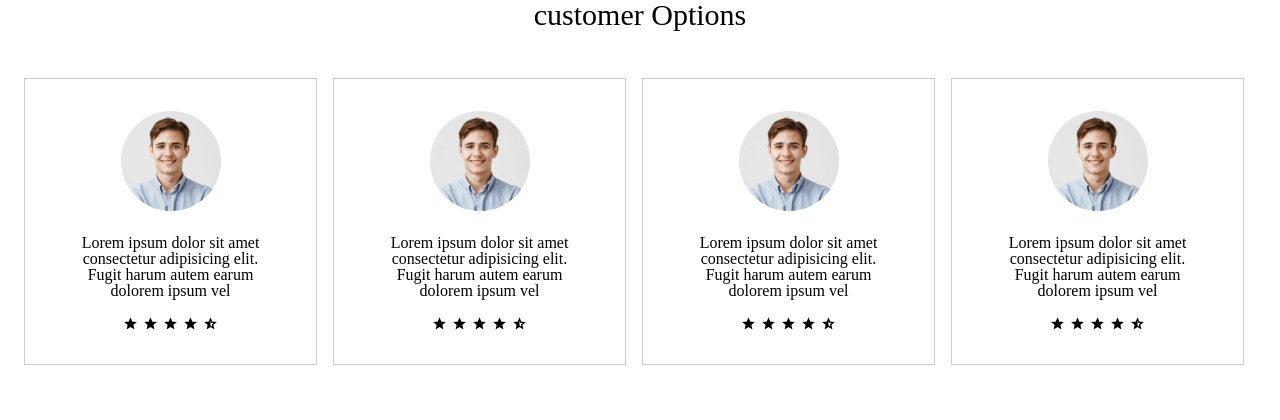
Repository: dinhhaidh/slider-3
Page: index.html
An editor plug-in stored every save of this project. The page is shown before and after a run of saves, followed by the edit.
The browser window is 1280 px wide. The pictures show the whole page.

Above is the page before, as saved 2024-03-22 20:58:04.

### index.html
<!DOCTYPE html>
<html lang="en">
<head>
    <meta charset="UTF-8">
    <meta name="viewport" content="width=device-width, initial-scale=1.0">
    <title>Document</title>
    <link rel="stylesheet" href="https://cdnjs.cloudflare.com/ajax/libs/remixicon/4.2.0/remixicon.min.css">

    <link rel="stylesheet" href="./css/swiper-bundle.min.css">

    <link rel="stylesheet" href="./css/style.css">

</head>
<body>
    <div class="customer">
        <h3 class="customer__title">customer Options</h3>
        <div class="customer__container container">
            <div class="customer__swiper swiper">
                <div class="swiper-wrapper">
                    <article class="customer__article swiper-slide">
                        <img src="./img1.png" alt="image" class="customer__img">

                        <p>
                            Lorem ipsum dolor sit amet consectetur adipisicing elit. Fugit harum autem earum dolorem ipsum vel
                        </p>

                        <div class="customer__star">
                            <i class="ri-star-s-fill"></i>
                            <i class="ri-star-s-fill"></i>
                            <i class="ri-star-s-fill"></i>
                            <i class="ri-star-s-fill"></i>
                            <i class="ri-star-half-s-line"></i>
                        </div>
                    </article>
                    <article class="customer__article swiper-slide">
                        <img src="./img1.png" alt="image" class="customer__img">

                        <p>
                            Lorem ipsum dolor sit amet consectetur adipisicing elit. Fugit harum autem earum dolorem ipsum vel
                        </p>

                        <div class="customer__star">
                            <i class="ri-star-s-fill"></i>
                            <i class="ri-star-s-fill"></i>
                            <i class="ri-star-s-fill"></i>
                            <i class="ri-star-s-fill"></i>
                            <i class="ri-star-half-s-line"></i>
                        </div>
                    </article>
                    <article class="customer__article swiper-slide">
                        <img src="./img1.png" alt="image" class="customer__img">

                        <p>
                            Lorem ipsum dolor sit amet consectetur adipisicing elit. Fugit harum autem earum dolorem ipsum vel
                        </p>

                        <div class="customer__star">
                            <i class="ri-star-s-fill"></i>
                            <i class="ri-star-s-fill"></i>
                            <i class="ri-star-s-fill"></i>
                            <i class="ri-star-s-fill"></i>
                            <i class="ri-star-half-s-line"></i>
                        </div>
                    </article>
                </div>
            </div>
            <!-- If we need pagination -->
            <div class="swiper-pagination"></div>
        </div>
    </div>


    <script src="./js/swiper-bundle.min.js"></script>
    <script src="./js/app.js"></script>
</body>
</html>

### css/style.css
*,
*:before,
*:after {
  box-sizing: border-box;
}
* {
  margin: 0;
  padding: 0;
  font: inherit;
}
img,
picture,
svg,
video {
  display: block;
  max-width: 100%;
}
input,
select,
textarea {
  background-color: transparent;
  outline: none;
}
button {
  cursor: pointer;
  background-color: transparent;
  outline: none;
  border: 0;
}
body {
  min-height: 100vh;
  font-weight: 400;
  font-size: 16px;
  line-height: 1;
}


.container{
    max-width: 1220px;
    Margin-inline: 1.5rem;
}


.customer__title{
    text-align: center;
    margin-bottom: 3rem;
    font-size: 30px;
}

.customer__article{
    display:flex;
    align-items: center;
    justify-content: center;
    flex-direction: column;
    padding: 2rem 3rem 2rem;
    background-color: #fff;
    border: 1px solid #ccc;
    /* width: 300px; */
}
.customer__img{
    width: 100px;
    border-radius: 50%;
    margin: 0 auto 1.5rem;
}
.customer__article p {
    margin-bottom: 1rem;
    text-align: center;
}
.customer__star{

}
.ri-star-s-fill{

}
.ri-star-half-s-line{

}

### js/app.js
// let swiperCustomer = new Swiper('.customer__swiper', {
//     loop: true,
//     spaceBetween: 16,
//     slidesPerView: 'auto',
//     centeredSlides: 'auto',

//     breakpoints: {
//         1150: {
//             slidesPerView: 3,
//             centeredSlides: false,
//         },
//     }
// });

let swiperCustomer = new Swiper('.customer__swiper', {
    loop: true,
    spaceBetween: 16,
    slidesPerView: 'auto',
    centeredSlides: 'auto',

    navigation: {
        nextEl: '.swiper-button-next',
        prevEl: '.swiper-button-prev',
    },

    breakpoints: {
        1150: {
            slidesPerView: 4,
            centeredSlides: false,
        }
    }
});

Loaded but not shown: css/swiper-bundle.min.css (library); js/swiper-bundle.min.js (library)

After the next 3 saves:
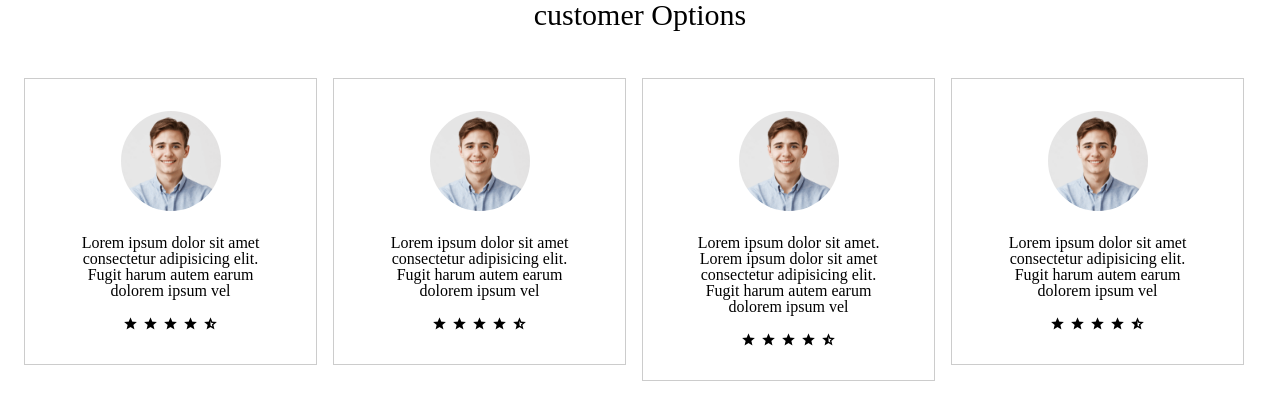
The 3 saves are shown as one change because they came seconds apart.
The last was saved 2 min 51 s later.
--- a/index.html
+++ b/index.html
@@ -50,6 +50,7 @@
                     <article class="customer__article swiper-slide">
                         <img src="./img1.png" alt="image" class="customer__img">
 
+                        <h2>Lorem ipsum dolor sit amet.</h2>
                         <p>
                             Lorem ipsum dolor sit amet consectetur adipisicing elit. Fugit harum autem earum dolorem ipsum vel
                         </p>
